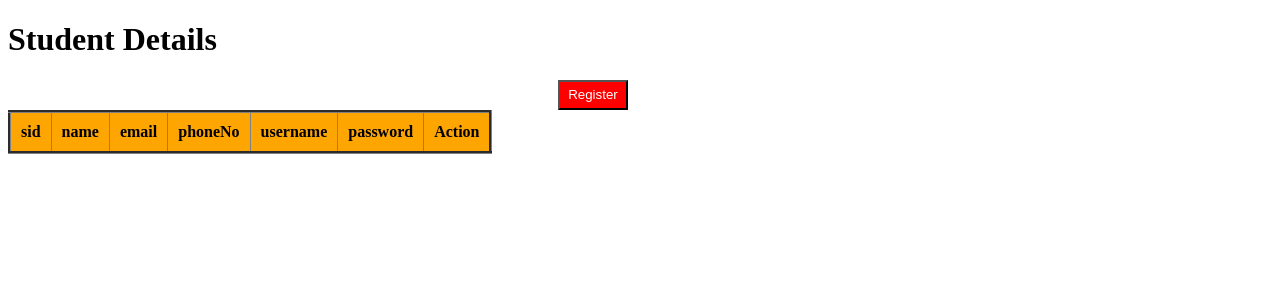
Repository: Madavahari/Servlets
Page: http://localhost/sms/allstd
An editor plug-in stored every save of this project. The page is shown before and after the next save, followed by the edit.
The browser window is 1280 px wide. The pictures show the whole page.
The page is served by Tomcat 9. Other server files are loaded and not shown. Queries for data that is not in the repository find no rows.

Above is the page before, as saved 2024-10-17 04:36:19.

### servlets/sms/src/main/webapp/allstd.jsp
<%@page import="java.sql.ResultSet"%>
<%@ page language="java" contentType="text/html; charset=UTF-8"
    pageEncoding="UTF-8"%>
<!DOCTYPE html>
<html>
<head>
<style type="text/css">
#btn
{
background-color: red;
color:white;
margin-left: 550px;
height: 30px;
width: 70px;
}
</style>
<meta charset="UTF-8">
<title>All EMployee Details</title>
</head>
<body>
<h1>Student Details</h1>
<a href="register.jsp"><button id="btn">Register</button></a>

<table border="3" cellpadding="10" rules="all" >
<thead style="background-color: orange">
<tr>
<th>sid</th>
<th>name</th>
<th>email</th>
<th>phoneNo</th>
<th>username</th>
<th>password</th>
<th colspan="2">Action</th>
</tr>
</thead>
<%
ResultSet rs=(ResultSet)request.getAttribute("rs");
while(rs.next())
{
%>
<tr>
<td><%=rs.getString(1) %></td>
<td><%=rs.getString(2) %></td>
<td><%=rs.getString(3) %></td>
<td><%=rs.getString(4) %></td>
<td><%=rs.getString(5) %></td>
<td><%=rs.getString(6) %></td>
<td><a href="delete?id= <%= rs.getString(1) %>"><button>Delete</button></a></td>
<td><button>Update</button></td>

</tr>

<%
}
%>
</table>

</body>
</html>

### servlets/sms/src/main/java/org/jsp/sms/FetchAllStudentServlet.java
package org.jsp.sms;

import java.io.IOException;
import java.sql.Connection;
import java.sql.DriverManager;
import java.sql.ResultSet;
import java.sql.SQLException;
import java.sql.Statement;

import javax.servlet.RequestDispatcher;
import javax.servlet.ServletException;
import javax.servlet.annotation.WebServlet;
import javax.servlet.http.HttpServlet;
import javax.servlet.http.HttpServletRequest;
import javax.servlet.http.HttpServletResponse;

@WebServlet(urlPatterns="/allstd")
public class FetchAllStudentServlet extends HttpServlet
{
	@Override
	protected void doGet(HttpServletRequest req, HttpServletResponse resp) throws ServletException, IOException
	{
		try {
			Class.forName("com.mysql.cj.jdbc.Driver");
			Connection con=DriverManager.getConnection("jdbc:mysql://localhost:3306/sms","root","root");
			Statement s=con.createStatement();
			ResultSet rs=s.executeQuery("select * from student");



			req.setAttribute("rs", rs);
			RequestDispatcher rd=req.getRequestDispatcher("allstd.jsp");
			rd.forward(req, resp);

			rs.close();
			s.close();
			con.close();

		} catch (ClassNotFoundException | SQLException e) {
			e.printStackTrace();
		}

	}

}

After the next save:
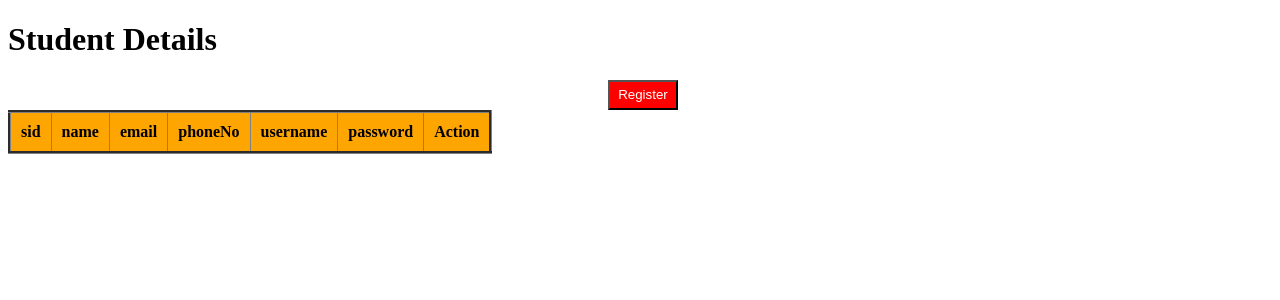
Saved 12 s later.
--- a/servlets/sms/src/main/webapp/allstd.jsp
+++ b/servlets/sms/src/main/webapp/allstd.jsp
@@ -9,7 +9,7 @@
 {
 background-color: red;
 color:white;
-margin-left: 550px;
+margin-left: 600px;
 height: 30px;
 width: 70px;
 }
